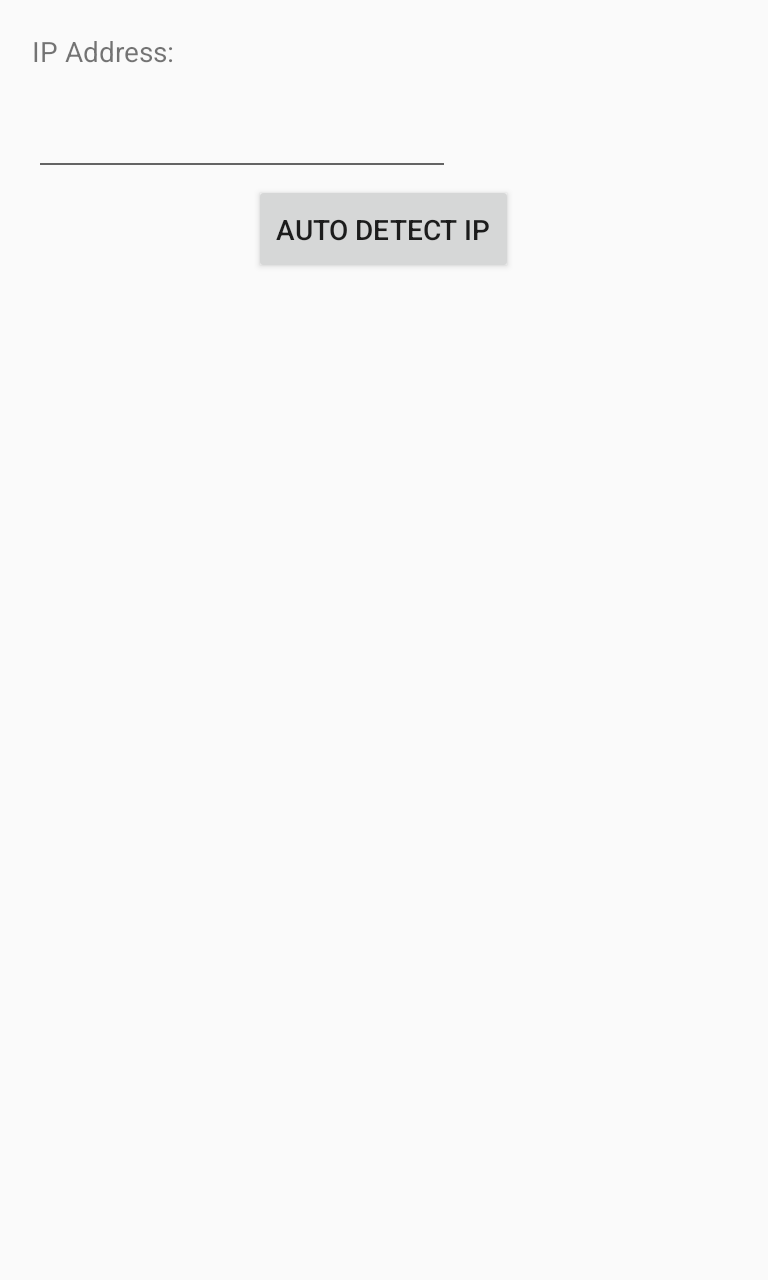
Repository: mariusz-pazur/android
Layout: HomeAtionClient/res/layout/fragment_settings.xml
The author's editor kept a copy of each file at every save. The layout is drawn from the files as they stood at one save, then again after the next save.
It is drawn on a 768 x 1280 px phone screen (xhdpi) without system bars, with theme AppTheme; the app's code is not run.

Above is the layout before, as saved 2014-06-06 12:02:55.

After the next save:
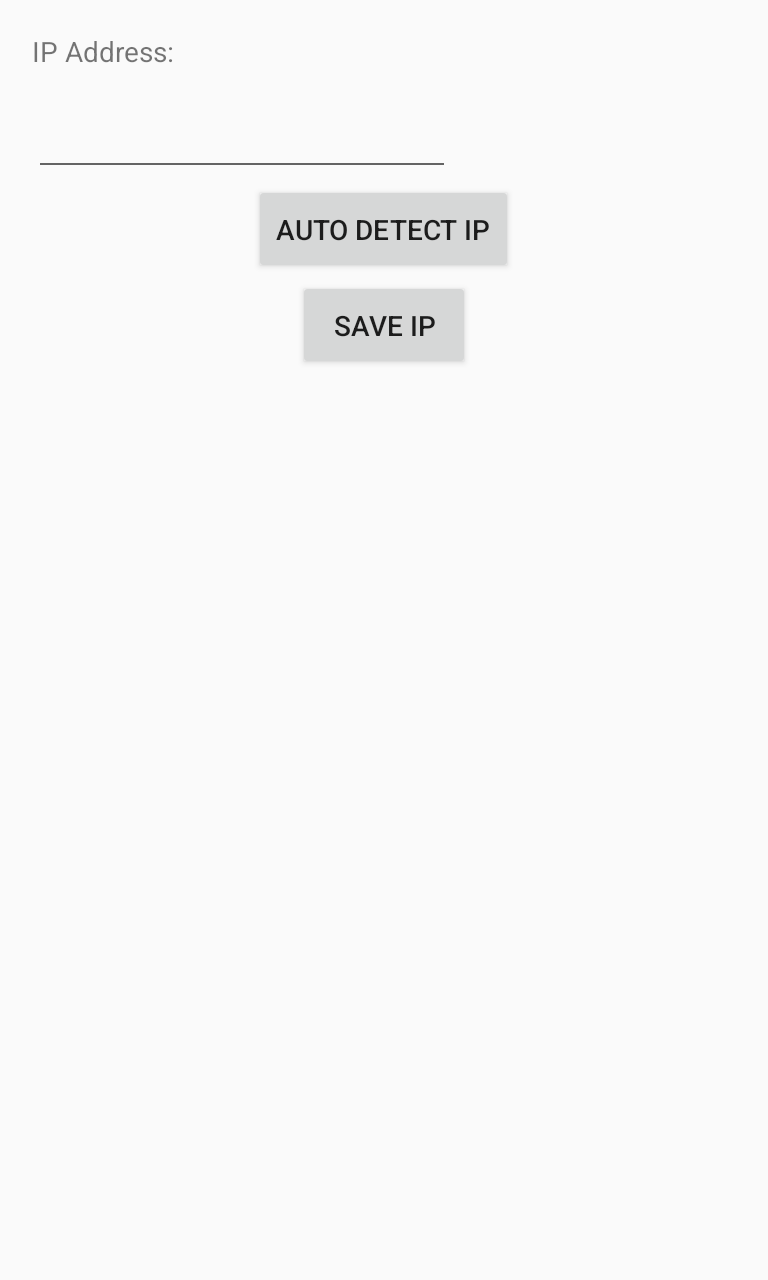
Saved 16 s later.
--- a/HomeAtionClient/res/layout/fragment_settings.xml
+++ b/HomeAtionClient/res/layout/fragment_settings.xml
@@ -37,7 +37,6 @@
         android:id="@+id/button_savesettings"
         android:layout_width="wrap_content"
         android:layout_height="wrap_content"
-        android:layout_above="@+id/button_autodetect"
         android:layout_centerHorizontal="true"
         android:layout_below="@+id/button_autodetect"
         android:text="@string/button_savesettings" />
